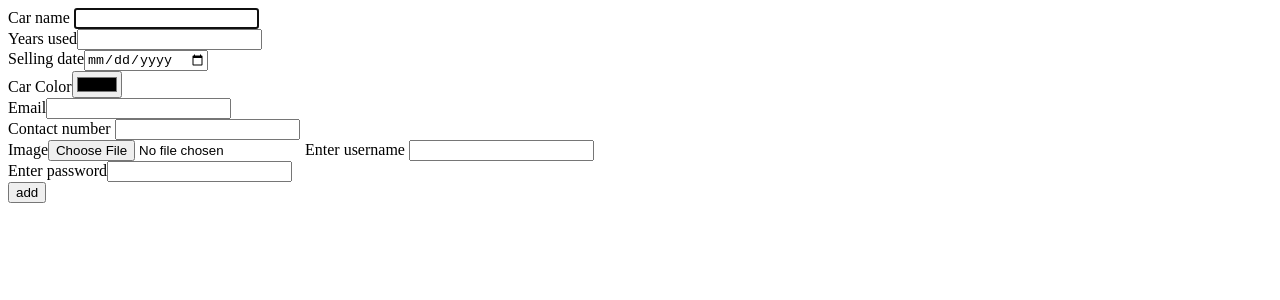
Repository: parthp17/273-Homework1
Page: Homework1/workspace/homework1/WebContent/InputTypes.html
These files come from the project's save history. The page is drawn as it stood at one moment and after the next save; the edit follows.
The browser window is 1280 px wide. The pictures show the whole page.

Above is the page before, as saved 2016-09-09 16:20:30.

### Homework1/workspace/homework1/WebContent/InputTypes.html
<html>
<head>

</head>
<body>
<form action="welcome.html">
	Car name
	<input type="text" name="name" id="name" autofocus="autofocus" required="required"><br>
	Years used<input type = "number" name = "yearsUsed" id = "yearsUsed"><br>

	Selling date<input type="date" name="sellingDate" id = "sellingDate"><br>
	 Car Color<input type="color" name="carcolor" id = "carcolor"><br>
	 Email<input type = "email" id = "email"required="required"><br>
	 Contact number <input type= "tel" name = "contactnum" id = "contactnum"><br>
	 Image<input type = "file" name = "img" >
	 Enter username <input type = "text" id ="username" required="required"><br>
	 Enter password<input type = "password" maxlength="16" id = "password" required="required"><br>

	<input type="submit" value="add" onclick="f1()" id="b"><br>

</form>
	</table>
</body>
</html>

After the next save:
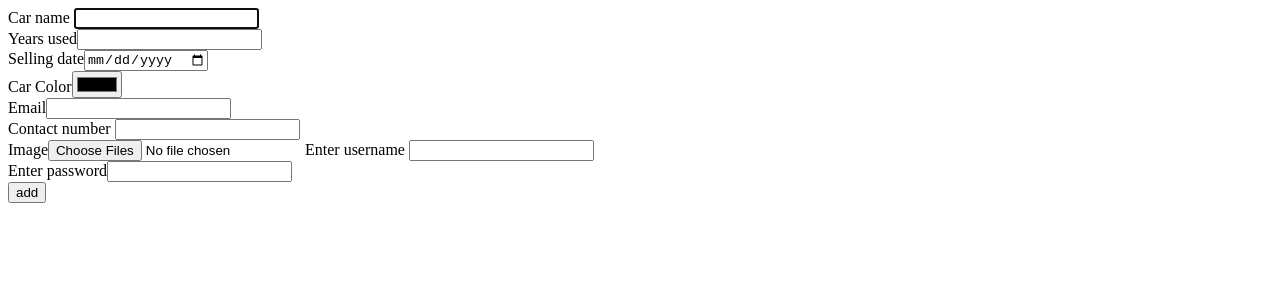
Saved 4 s later.
--- a/Homework1/workspace/homework1/WebContent/InputTypes.html
+++ b/Homework1/workspace/homework1/WebContent/InputTypes.html
@@ -12,7 +12,7 @@
 	 Car Color<input type="color" name="carcolor" id = "carcolor"><br>
 	 Email<input type = "email" id = "email"required="required"><br>
 	 Contact number <input type= "tel" name = "contactnum" id = "contactnum"><br>
-	 Image<input type = "file" name = "img" >
+	 Image<input type = "file" name = "img" multiple>
 	 Enter username <input type = "text" id ="username" required="required"><br>
 	 Enter password<input type = "password" maxlength="16" id = "password" required="required"><br>
 
